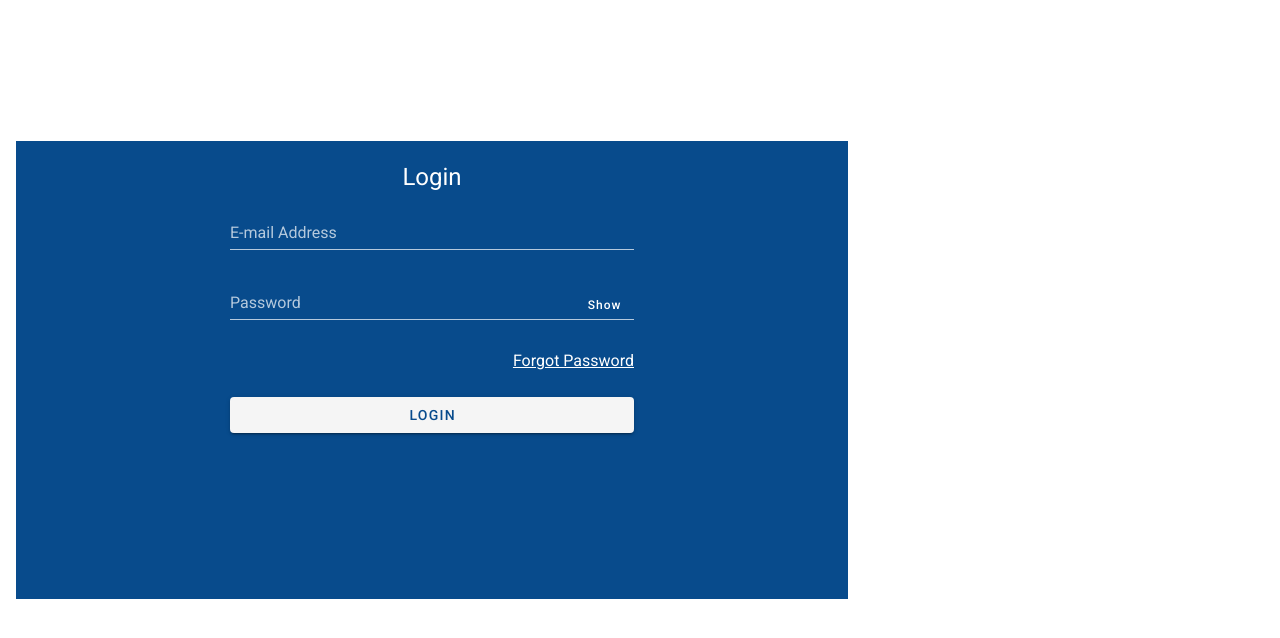
Repository: Grace229/Login
Page: /
The author's editor kept a copy of each file at every save. The page is drawn from the files as they stood at one save, then again after the next save.
The browser window is 1280 px wide. The pictures show the whole page.
The project was rebuilt for these pictures with package versions that can differ from the ones it lists, and the page was loaded fresh each time. Also part of the build but not shown: vue.config.js. Imported but missing from the stored project, and not drawn on this page: src/components/EventBus, src/views/About.vue.

Above is the page before, as saved 2021-02-15 11:59:57.

### src/App.vue
<template>
  <v-app>
    <v-main><router-view></router-view> </v-main>
  </v-app>
</template>

<script>
export default {
  name: "App",

  components: {},

  data: () => ({
    //
  }),
};
</script>

### src/plugins/vuetify.js
import Vue from "vue";
import Vuetify from "vuetify/lib/framework";

Vue.use(Vuetify);

export default new Vuetify({
  theme: {
    options: {
      customProperties: true
    },
    themes: {
      light: {
        primary: "#084b8c",
        secondary: "#424242",
        accent: "#82B1FF",
        error: "#FF5252",
        info: "#2196F3",
        success: "#4CAF50",
        warning: "#FFC107"
      }
    }
  }
});

### src/views/Home.vue
<template>
  <main
    style="min-height:100vh"
    class="fill-height white--text d-flex flex-column justify-center pa-4"
  >
    <div class="col-md-8 mt-5 primary">
      <header>
        <div class="headline text-center py-2">
          Login
        </div>
      </header>

      <section class="mx-auto" style="width: 50%">
        <div>
          <v-text-field
            dark
            label="E-mail Address"
            v-model="FORM.email"
            :rules="[rules.required, rules.email]"
          />
        </div>
        <div>
          <v-text-field
            dark
            v-model="password"
            :rules="[rules.required]"
            label="Password"
            :type="showPassword ? 'text' : 'password'"
          >
            <v-btn
              text
              small
              slot="append"
              @click="showPassword = !showPassword"
              class="transparent text-capitalize"
              >{{ showPassword ? "hide" : "show" }}</v-btn
            >
          </v-text-field>

          <div class="text-right py-2">
            <router-link to="/#" class="white--text"
              >Forgot Password</router-link
            >
          </div>

          <div class="pt-4">
            <v-btn block class="primary--text">Login</v-btn>
          </div>
        </div>
      </section>
    </div>
  </main>
</template>

<script>
import axios from "axios";
import router from "../router";
import EventBus from "../components/EventBus";
export default {
  data() {
    return {
      email: "",
      password: "",
      FORM: {},
      showPassword: false,
      rules: {
        required: (value) => !!value || "Required.",
        counter: (value) => value.length <= 20 || "Max 20 characters",
        email: (value) => {
          const pattern = /^(([^<>()[\]\\.,;:\s@"]+(\.[^<>()[\]\\.,;:\s@"]+)*)|(".+"))@((\[[0-9]{1,3}\.[0-9]{1,3}\.[0-9]{1,3}\.[0-9]{1,3}])|(([a-zA-Z\-0-9]+\.)+[a-zA-Z]{2,}))$/;
          return pattern.test(value) || "Invalid e-mail.";
        },
      },
    };
  },
  methods: {
    login() {
      axios
        .post("/users/Login", {
          email: this.email,
          password: this.password,
        })
        .then((res) => {
          localStorage.setItem("usertoken", res.data);
          this.email = "";
          this.password = "";
          router.push({ name: "Profile" });
        })
        .catch((err) => {
          console.log(err);
        });
      this.emitMethod();
    },
    emitMethod() {
      EventBus.$emit("logged-in", "loggedin");
    },
  },
};
</script>

Loaded but not shown: public/index.html (common file); src/main.js (common file); src/router/index.js (common file); src/store/index.js (common file)

After the next save:
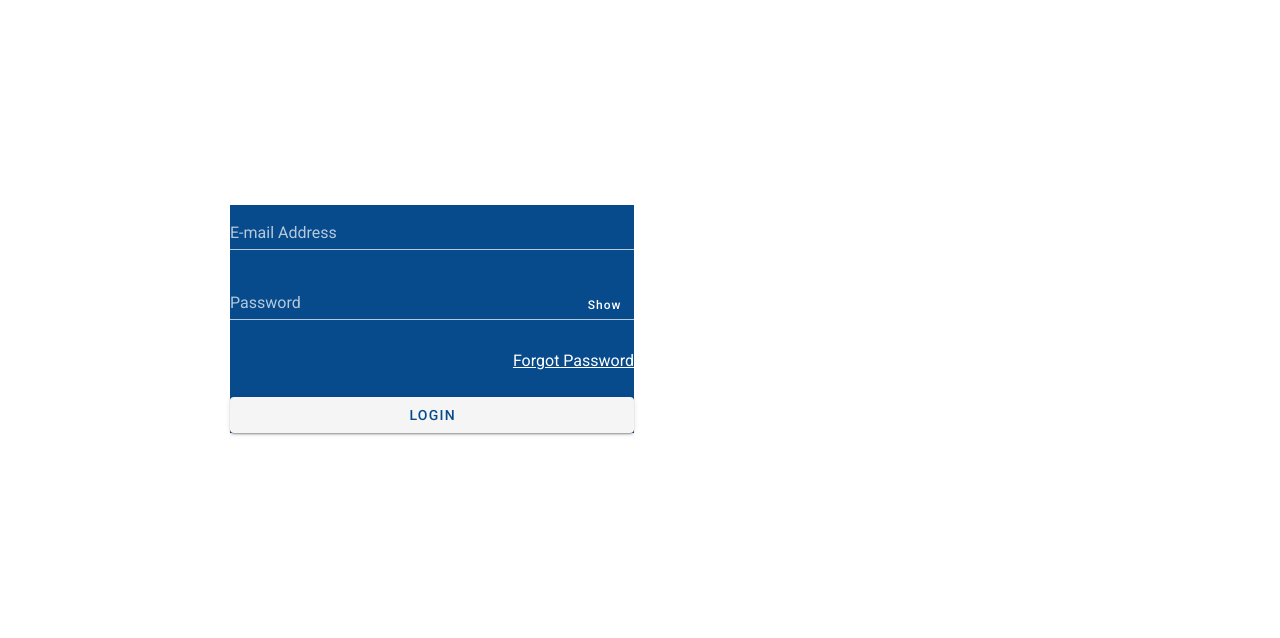
Saved 36 s later.
--- a/src/views/Home.vue
+++ b/src/views/Home.vue
@@ -3,14 +3,14 @@
     style="min-height:100vh"
     class="fill-height white--text d-flex flex-column justify-center pa-4"
   >
-    <div class="col-md-8 mt-5 primary">
+    <div class="col-md-8 mt-5">
       <header>
         <div class="headline text-center py-2">
           Login
         </div>
       </header>
 
-      <section class="mx-auto" style="width: 50%">
+      <section class="mx-auto primary" style="width: 50%">
         <div>
           <v-text-field
             dark
